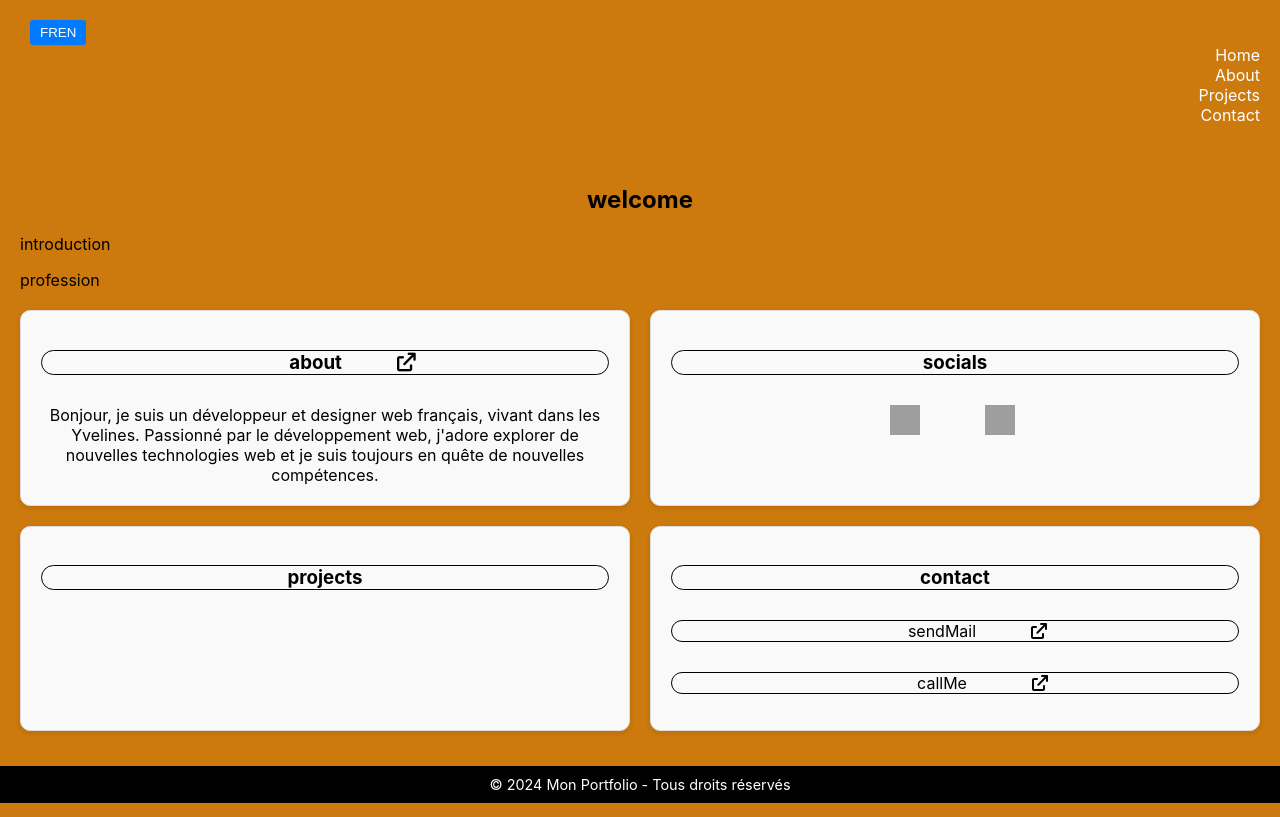
Repository: Christian121966/mon-portfolio
Page: /
An editor plug-in stored every save of this project. The page is shown before and after a run of saves, followed by the edit.
The browser window is 1280 px wide. The pictures show the whole page.
Pictures or frames that could not be fetched are drawn as grey boxes. The project was rebuilt for these pictures with package versions that can differ from the ones it lists, and the page was loaded fresh each time. Also part of the build but not shown: src/pages/AboutPage/AboutPage.scss, src/pages/AboutPage/AboutPage.js, src/pages/ProjectsPage/ProjectsPage.js, src/pages/ContactPage/ContactPage.js. Imported but missing from the stored project, and not drawn on this page: src/i18next.

Above is the page before, as saved 2024-07-24 01:31:21.

### src/index.js
import React from 'react';
import ReactDOM from 'react-dom/client';
import '../src/index.css';
import App from './App';
import '../src/i18next';
import reportWebVitals from './reportWebVitals';

const root = ReactDOM.createRoot(document.getElementById('root'));
root.render(
  <React.StrictMode>
    <App />
  </React.StrictMode>
);

// If you want to start measuring performance in your app, pass a function
// to log results (for example: reportWebVitals(console.log))
// or send to an analytics endpoint. Learn more: https://bit.ly/CRA-vitals
reportWebVitals();

### src/App.js
import React from 'react';
import { BrowserRouter as Router, Route, Routes } from 'react-router-dom';
import HomePage from '../src/pages/HomePage/HomePage';
import AboutPage from '../src/pages/AboutPage/AboutPage';
import ProjectsPage from '../src/pages/ProjectsPage/ProjectsPage';
import ContactPage from './pages/ContactPage/ContactPage';
import Header from '../src/components/Header/Header';
import Footer from '../src/components/Footer/Footer';

function App() {
  return (
    <Router>
      <Header />
      <Routes>
      <Route path="/" element={<HomePage />} />
        <Route path="/about" element={<AboutPage />} />
        <Route path="/projects" element={<ProjectsPage />} />
        <Route path="/contact" element={<ContactPage />} />
      </Routes>
      <Footer />
    </Router>
  );
}

export default App;

### src/pages/HomePage/HomePage.js
// src/pages/HomePage.js
import React, { useState, useEffect } from 'react';
import { useTranslation } from 'react-i18next';
import './HomePage.scss';

const HomePage = () => {
  const [phoneNumberVisible, setPhoneNumberVisible] = useState(false);
  const { t } = useTranslation();

  useEffect(() => {
    if (phoneNumberVisible) {
      const timer = setTimeout(() => {
        setPhoneNumberVisible(false);
      }, 20000);

      return () => clearTimeout(timer);
    }
  }, [phoneNumberVisible]);

  const showPhoneNumber = (event) => {
    event.preventDefault();
    setPhoneNumberVisible(true);
  };

  return (
    <div className="homepage">
      <h2>{t('welcome')}</h2>
      <span>{t('introduction')}</span>
      <p>{t('profession')}</p>
      <div className="homepage__cards">
        <div className="card">
          <h3>
            {t('about')}
            <a href="/about" className="propos__link">
              <i className="fa-solid fa-arrow-up-right-from-square"></i>
            </a>
          </h3>
          <span className='propos'>
            Bonjour, je suis un développeur et designer web français, vivant dans les Yvelines. Passionné par le développement web, j'adore explorer de nouvelles technologies web et je suis toujours en quête de nouvelles compétences.
          </span>
        </div>
        <div className="card">
          <h3>{t('socials')}</h3>
          <a href="https://github.com/votre-profil" target="_blank" rel="noopener noreferrer">
            <img className='github' width="30" height="30" src="https://img.icons8.com/ios-glyphs/30/github.png" alt="github"/>
          </a>
          <a href="https://www.linkedin.com/in/votre-profil" target="_blank" rel="noopener noreferrer">
            <img className='linkedin' width="30" height="30" src="https://img.icons8.com/ios-glyphs/30/linkedin.png" alt="linkedin"/>
          </a>
        </div>
        <div className="card">
          <h3>{t('projects')}</h3>
        </div>
        <div className="card">
          <h3>{t('contact')}</h3>
          <p className='mail'>
            {t('sendMail')}
            <a href="mailto:boissychristian@gmail.com" className="contact__link">
              <i className="fa-solid fa-arrow-up-right-from-square"></i>
            </a>
          </p>
          <p className='phone'>
            {t('callMe')}
            <button className="contact_phone__link" onClick={showPhoneNumber}>
              <i className="fa-solid fa-arrow-up-right-from-square"></i>
            </button>
          </p>
          {phoneNumberVisible && (
            <p id="phone">
              0669311966
            </p>
          )}
        </div>
      </div>
    </div>
  );
};

export default HomePage;

### src/components/Header/Header.js
// src/components/Header/Header.js
import React from 'react';
import { useTranslation } from 'react-i18next';
import '../Header/Header.scss';

function Header() {
  const { i18n } = useTranslation();
  const currentLang = i18n.language;

  const changeLanguage = (lng) => {
    i18n.changeLanguage(lng);
  };

  return (
    <header className="header">
      <div className="header__language-buttons">
        <button
          aria-checked={currentLang === 'fr'}
          className="control__lang"
          role="switch"
          type="button"
          onClick={() => changeLanguage('fr')}
        >
          <span className="current control__lang_side">FR</span>
          <span className="control__lang_switch">
            <span></span>
          </span>
          <span className="control__lang_side">EN</span>
        </button>
      </div>
      <nav className="header__nav">
        <a href="/" className="header__link">Home</a>
        <a href="/about" className="header__link">About</a>
        <a href="/projects" className="header__link">Projects</a>
        <a href="/contact" className="header__link">Contact</a>
      </nav>
    </header>
  );
}

export default Header;

### src/components/Footer/Footer.js
// src/components/Footer/Footer.js
import React from 'react';
import '../../components/Footer/Footer.scss';

function Footer() {
  return (
    <footer>
      <p className="footer__text">© 2024 Mon Portfolio - Tous droits réservés</p>
    </footer>
  );
}

export default Footer;

### src/pages/HomePage/HomePage.scss
@import '../../styles/abstracts/variables';
@import '../../styles/abstracts/mixins';

// src/pages/HomePage.scss

.homepage {
    padding: 20px;

    h2 {
      text-align: center;
    }

    .homepage__cards {
      display: grid;
      grid-template-columns: 1fr 1fr;
      gap: 20px;
      margin-top: 20px;

      @media (max-width: 768px) {
        grid-template-columns: 1fr;
      }

      .card {
        background-color: #f9f9f9;
        border: 1px solid #ddd;
        border-radius: 10px;
        padding: 20px;
        box-shadow: 0 2px 5px rgba(0, 0, 0, 0.1);
        text-align: center;

        h3 {
          margin-bottom: 30px;
          border: 1px solid #000;
          border-radius: 35px;

          a.propos__link {
            text-decoration: none;
            color: #000;
          }

          .fa-solid.fa-arrow-up-right-from-square {
            position: relative;
            left: 55px;
            cursor: pointer;
        }

        .propos {
            font-size: 0.9rem;
            text-align: justify;
            display: flex;
          }
      }
        .github {
            position: relative;
            left: -35px;
            cursor: pointer;
        }

        .linkedin {
            position: relative;
            left: 30px;
            cursor: pointer;
        }

        .mail {
            border: 1px solid #000;
            border-radius: 35px;
            margin-bottom: 30px;

            .contact__link {
                position: relative;
                left: 45px;
                color: #000;
                cursor: pointer;
            }
        }

        .phone {
            border: 1px solid #000;
            border-radius: 35px;

            .contact_phone__link {
                position: relative;
                left: 55px;
                color: #000;
                cursor: pointer;
            }
        }

        .contact__link, .contact_phone__link {
            margin-left: 10px;
            color: inherit;
            text-decoration: none;
        }

        .contact_phone__link {
            background: none;
            border: none;
            color: inherit;
            font: inherit;
            cursor: pointer;
            display: inline;
            padding: 0;
        }

    }
  }
}

### src/components/Header/Header.scss
// src/styles/components/_header.scss
@import '../../styles/abstracts/variables';
@import '../../styles/abstracts/mixins';

.header {
  //background-color: $primary-color;
  padding: 20px;

  &__nav {
    display: flex;
    flex-direction: column;
    justify-content: end;
    align-items: end;
  }

  &__link {
    color: white;
    text-decoration: none;

    &:hover {
      text-decoration: underline;
    }
  }

  button {
    margin-left: 10px;
    padding: 5px 10px;
    background-color: #007bff;
    color: #fff;
    border: none;
    border-radius: 3px;
    cursor: pointer;
  }

  button:hover {
    background-color: #0056b3;
  }
}

### src/components/Footer/Footer.scss
@import '../../styles/abstracts/variables';
@import '../../styles/abstracts/mixins';

p.footer__text {
    color: white;
    text-align: center;
    padding: 10px;
    background-color: $primary-color;
    @include flex-center;
    font-size: 0.9rem;
}

### src/styles/abstracts/_variables.scss
// src/styles/abstracts/_variables.scss

// Couleurs
$primary-color: #000;
$secondary-color: #2ecc71;
$tertiary-color: #3498db;;
$font-color: #333;
$background-color: #f5f5f5;

// Fonts
$font-stack: 'Helvetica, sans-serif';

// Autres variables
$border-radius: 5px;

### src/styles/abstracts/_mixins.scss
// src/styles/abstracts/_mixins.scss

@mixin flex-center {
    display: flex;
    justify-content: center;
    align-items: center;
  }

  @mixin responsive-font-size($size) {
    font-size: $size;

    @media (max-width: 600px) {
      font-size: $size * 0.8;
    }
  }

Loaded but not shown: public/index.html (common file); src/index.css (common file); src/reportWebVitals.js (common file)

After the next 2 saves:
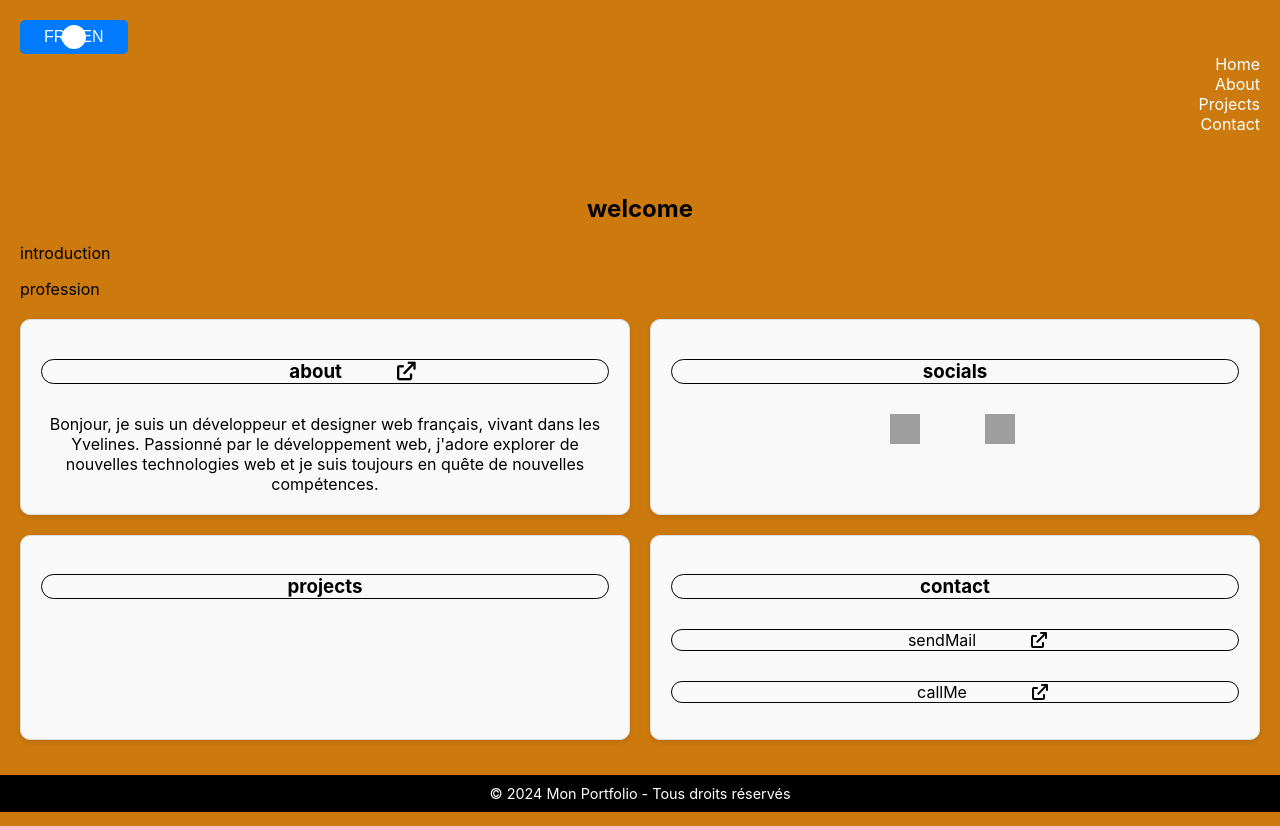
The 2 saves are shown as one change because they came seconds apart.
The last was saved 51 s later.
--- a/src/components/Header/Header.scss
+++ b/src/components/Header/Header.scss
@@ -22,17 +22,51 @@
     }
   }
 
-  button {
-    margin-left: 10px;
-    padding: 5px 10px;
-    background-color: #007bff;
-    color: #fff;
-    border: none;
-    border-radius: 3px;
-    cursor: pointer;
-  }
+  /* src/components/Header/Header.scss */
 
-  button:hover {
-    background-color: #0056b3;
-  }
+.header__language-buttons {
+  display: flex;
+  align-items: center;
 }
+
+.control__lang {
+  display: flex;
+  align-items: center;
+  background-color: #007bff;
+  color: #ffffff;
+  border: none;
+  border-radius: 5px;
+  padding: 8px 16px;
+  cursor: pointer;
+  position: relative;
+  font-size: 16px;
+  outline: none;
+}
+
+.control__lang_side {
+  margin: 0 8px;
+}
+
+.control__lang_switch {
+  position: absolute;
+  top: 50%;
+  left: 50%;
+  transform: translate(-50%, -50%);
+  background-color: #ffffff;
+  border-radius: 50%;
+  width: 24px;
+  height: 24px;
+  transition: transform 0.3s ease;
+}
+
+.control__lang[aria-checked="true"] .control__lang_switch {
+  transform: translate(calc(-50% + 100%), -50%);
+}
+
+.control__lang_switch span {
+  display: block;
+  width: 100%;
+  height: 100%;
+}
+
+}
